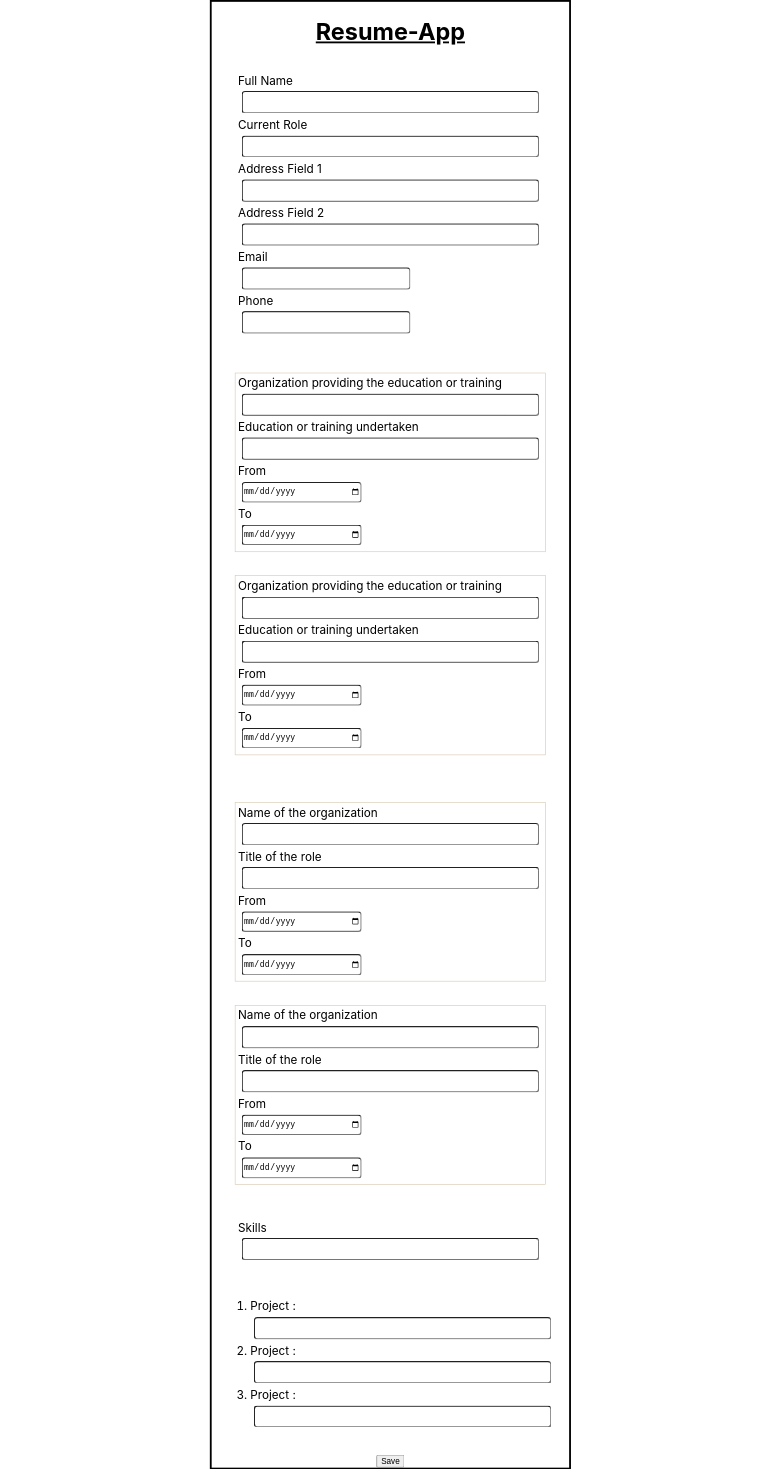
Repository: 0101chaitanya/resume-app
Page: /
The author's editor kept a copy of each file at every save. The page is drawn from the files as they stood at one save, then again after the next save.
The browser window is 1280 px wide. The pictures show the whole page, at 61% of full size.
The project was rebuilt for these pictures with package versions that can differ from the ones it lists, and the page was loaded fresh each time.

Above is the page before, as saved 2021-07-28 15:56:56.

### src/App.js
import React, { useState, useEffect } from "react";
import logo from "./logo.svg";
import "./App.css";

function App() {
  const [state, setState] = useState({
    fullName: "",
    currentRole: "",
    address1: "",
    address2: "",

    schoolName1: "",
    titleOfStudy1: "",
    from1: "",
    to1: "",

    schoolName2: "",
    titleOfStudy2: "",
    from2: "",
    to2: "",

    organizationName1: "",
    titleOfRole1: "",
    workedFrom1: "",
    workedTill1: "",

    organizationName2: "",
    titleOfRole2: "",
    workedFrom2: "",
    workedTill2: "",

    skills: "",

    project1: "",
    project2: "",
    project3: "",
  });
  useEffect(() => {
    console.log(state);
  });
  const onChange = (e) => {
    const { name, value } = e.target;
    setState({
      ...state,
      [name]: value,
    });
  };
  const handleSubmit = (e) => {
    localStorage.setItem("savedData", JSON.stringify(state));
    setState({
      fullName: "",
      currentRole: "",
      address1: "",
      address2: "",

      schoolName1: "",
      titleOfStudy1: "",
      from1: "",
      to1: "",

      schoolName2: "",
      titleOfStudy2: "",
      from2: "",
      to2: "",

      organizationName1: "",
      titleOfRole1: "",
      workedFrom1: "",
      workedTill1: "",

      organizationName2: "",
      titleOfRole2: "",
      workedFrom2: "",
      workedTill2: "",

      skills: "",

      project1: "",
      project2: "",
      project3: "",
    });
    e.target.submit();
  };

  return (
    <div className="app">
      <header className="App-header">
        <h1>Resume-App</h1>
      </header>
      <form
        onSubmit={(e) => {
          e.preventDefault();
          handleSubmit(e);
        }}
      >
        <div className="section section1">
          <label htmlFor="fullName">
            Full Name
            <input
              required
              id="fullName"
              name="fullName"
              onChange={onChange}
              value={state.fullName}
              type="text"
            />
          </label>
          <label htmlFor="currentRole">
            Current Role
            <input
              required
              id="currentRole"
              name="currentRole"
              onChange={onChange}
              value={state.currentRole}
              type="text"
            />
          </label>
          <label htmlFor="address1">
            Address Field 1
            <input
              required
              id="address1"
              name="address1"
              onChange={onChange}
              value={state.address1}
              type="text"
            />
          </label>
          <label htmlFor="address2">
            Address Field 2
            <input
              required
              id="address2"
              name="address2"
              onChange={onChange}
              value={state.address2}
              type="text"
            />
          </label>
          <label htmlFor="email">
            Email
            <input
              required
              id="email"
              name="email"
              onChange={onChange}
              value={state.email}
              type="email"
            />
          </label>
          <label htmlFor="phone">
            Phone
            <input
              required
              id="phone"
              name="phone"
              onChange={onChange}
              value={state.phone}
              type="tel"
            />
          </label>
        </div>
        <div className="section section2">
          <div className="edu1">
            <label htmlFor="schoolName1">
              Organization providing the education or training
              <input
                required
                id="schoolName1"
                name="schoolName1"
                onChange={onChange}
                value={state.schoolName1}
                type="text"
              />
            </label>
            <label htmlFor="titleOfStudy1">
              Education or training undertaken
              <input
                required
                id="titleOfStudy1"
                name="titleOfStudy1"
                onChange={onChange}
                value={state.titleOfStudy1}
                type="text"
              />
            </label>
            <label htmlFor="from1">
              From
              <input
                required
                id="from1"
                name="from1"
                onChange={onChange}
                value={state.from1}
                type="date"
              />
            </label>
            <label htmlFor="to1">
              To
              <input
                required
                id="to1"
                name="to1"
                onChange={onChange}
                value={state.to1}
                type="date"
              />
            </label>
          </div>
          <div className="edu2">
            <label htmlFor="schoolName2">
              Organization providing the education or training
              <input
                required
                id="schoolName2"
                name="schoolName2"
                onChange={onChange}
                value={state.schoolName2}
                type="text"
              />
            </label>
            <label htmlFor="titleOfStudy2">
              Education or training undertaken
              <input
                required
                id="titleOfStudy2"
                name="titleOfStudy2"
                onChange={onChange}
                value={state.titleOfStudy2}
                type="text"
              />
            </label>
            <label htmlFor="from2">
              From
              <input
                required
                id="from2"
                name="from2"
                onChange={onChange}
                value={state.from2}
                type="date"
              />
            </label>
            <label htmlFor="to2">
              To
              <input
                required
                id="to2"
                name="to2"
                onChange={onChange}
                value={state.to2}
                type="date"
              />
            </label>
          </div>
        </div>
        <div className="section section3">
          <div className="job1">
            <label htmlFor="organizationName1">
              Name of the organization
              <input
                required
                id="organizationName1"
                name="organizationName1"
                onChange={onChange}
                value={state.organizationName1}
                type="text"
              />
            </label>
            <label htmlFor="titleOfRole1">
              Title of the role
              <input
                required
                id="titleOfRole1"
                name="titleOfRole1"
                onChange={onChange}
                value={state.titleOfRole1}
                type="text"
              />
            </label>
            <label htmlFor="workedFrom1">
              From
              <input
                required
                id="workedFrom1"
                name="workedFrom1"
                onChange={onChange}
                value={state.workedFrom1}
                type="date"
              />
            </label>
            <label htmlFor="workedTill1">
              To
              <input
                required
                id="workedTill1"
                name="workedTill1"
                onChange={onChange}
                value={state.workedTill1}
                type="date"
              />
            </label>
          </div>
          <div className="job2">
            <label htmlFor="organizationName2">
              Name of the organization
              <input
                id="organizationName2"
                name="organizationName2"
                onChange={onChange}
                value={state.organizationName2}
                type="text"
              />
            </label>
            <label htmlFor="titleOfRole2">
              Title of the role
              <input
                id="titleOfRole2"
                name="titleOfRole2"
                onChange={onChange}
                value={state.titleOfRole2}
                type="text"
              />
            </label>
            <label htmlFor="workedFrom2">
              From
              <input
                id="workedFrom2"
                name="workedFrom2"
                onChange={onChange}
                value={state.workedFrom2}
                type="date"
              />
            </label>
            <label htmlFor="workedTill2">
              To
              <input
                id="workedTill2"
                name="workedTill2"
                onChange={onChange}
                value={state.workedTill2}
                type="date"
              />
            </label>
          </div>
        </div>
        <div className="section section4">
          <label htmlFor="skills">
            Skills
            <input
              required
              id="skills"
              name="skills"
              onChange={onChange}
              value={state.skills}
              type="text"
            />
          </label>
        </div>
        <div className="section section5">
          <ol>
            <li>
              <label htmlFor="project1">
                Project :{" "}
                <input
                  required
                  id="project1"
                  name="project1"
                  onChange={onChange}
                  value={state.project1}
                  type="text"
                />
              </label>
            </li>
            <li>
              <label htmlFor="project2">
                Project :{" "}
                <input
                  required
                  id="project2"
                  name="project2"
                  onChange={onChange}
                  value={state.project2}
                  type="text"
                />
              </label>
            </li>
            <li>
              <label htmlFor="project3">
                Project :{" "}
                <input
                  id="project3"
                  name="project3"
                  onChange={onChange}
                  value={state.project3}
                  type="text"
                />
              </label>
            </li>
          </ol>
        </div>
        <button type="submit">Save</button>
      </form>
    </div>
  );
}

export default App;

### src/App.css
html {
  font-size: 1.2rem;
  font-weight: 400;
}
input {
  border-radius: 0.3rem;
  height: 1.6rem;
}
.app {
  margin: auto;
  display: flex;
  flex-direction: column;
  border: 0.2rem solid;
  width: fit-content;
  height: fit-content;
}

h1 {
  text-align: center;
  text-decoration: underline;
}
label {
  display: flex;
  flex-direction: column;
}
input[type="text"] {
  width: 25rem;
  margin: 0.3rem;
}
input[type="email"],
input[type="tel"] {
  width: 14rem;

  margin: 0.3rem;
}

input[type="date"] {
  width: 10rem;

  margin: 0.3rem;
}
.edu1,
.edu2,
.job1,
.job2 {
  margin: 1rem;
  padding: 0.2rem;
  border: 1px solid rgb(216, 200, 177);
}
.section {
  margin: 1rem;
  display: flex;
  flex-direction: column;
  justify-content: center;
}
form {
  display: flex;
  flex-direction: column;
  align-items: center;
}
button {
  justify-self: center;
}

Loaded but not shown: public/index.html (common file); src/index.js (common file); src/index.css (common file); src/reportWebVitals.js (common file)

After the next save:
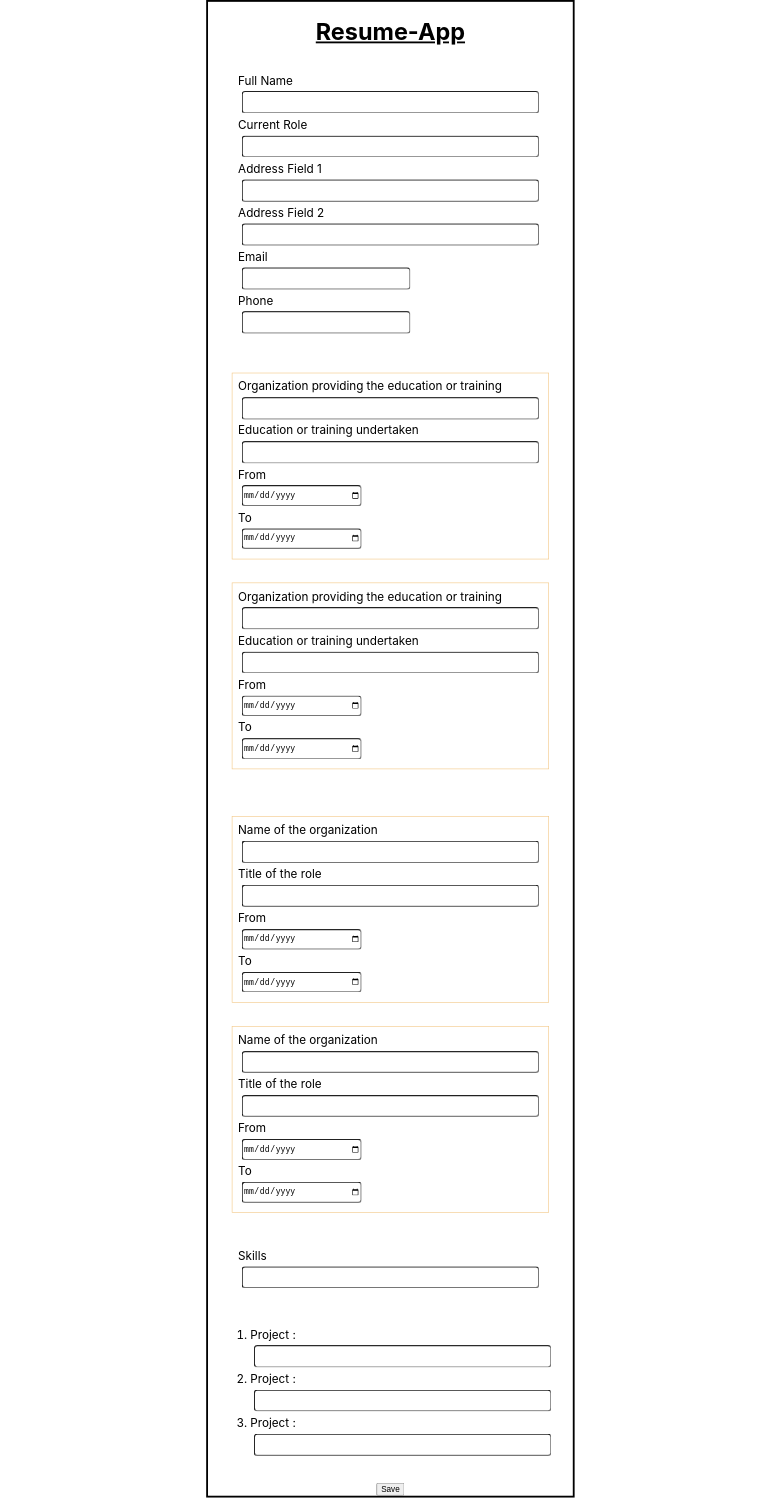
Saved 7 s later.
--- a/src/App.css
+++ b/src/App.css
@@ -44,8 +44,8 @@ input[type="date"] {
 .job1,
 .job2 {
   margin: 1rem;
-  padding: 0.2rem;
-  border: 1px solid rgb(216, 200, 177);
+  padding: 0.5rem;
+  border: 1px solid rgb(243, 200, 135);
 }
 .section {
   margin: 1rem;
